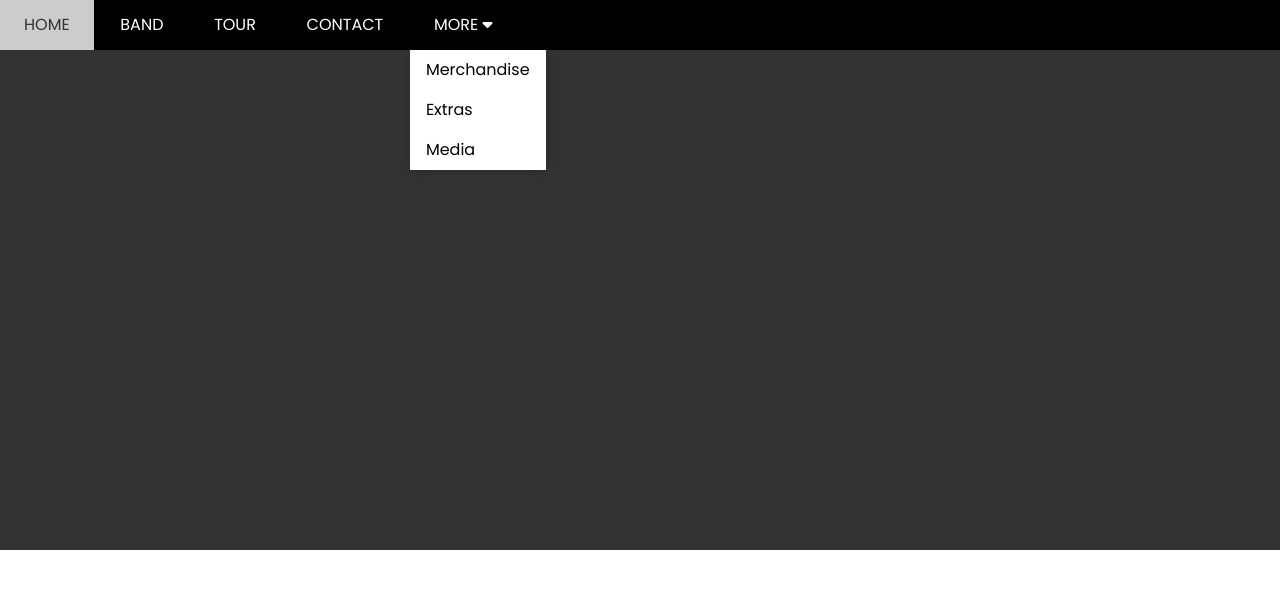
Repository: dptuyen1/the-band
Page: index.html
The author's editor kept a copy of each file at every save. The page is drawn from the files as they stood at one save, then again after a run of saves.
The browser window is 1280 px wide. The pictures show the whole page.

Above is the page before, as saved 2023-06-02 12:36:48.

### index.html
<!DOCTYPE html>
<html lang="en">
  <head>
    <meta charset="UTF-8" />
    <meta http-equiv="X-UA-Compatible" content="IE=edge" />
    <meta name="viewport" content="width=device-width, initial-scale=1.0" />
    <title>Document</title>
    <link rel="stylesheet" href="./assets/css/style.css" />
    <link
      rel="stylesheet"
      href="https://cdnjs.cloudflare.com/ajax/libs/font-awesome/6.4.0/css/all.min.css"
      integrity="sha512-iecdLmaskl7CVkqkXNQ/ZH/XLlvWZOJyj7Yy7tcenmpD1ypASozpmT/E0iPtmFIB46ZmdtAc9eNBvH0H/ZpiBw=="
      crossorigin="anonymous"
      referrerpolicy="no-referrer"
    />
  </head>
  <body>
    <div id="wrapper">
      <header id="header">
        <ul id="nav">
          <li><a href="#">HOME</a></li>
          <li><a href="#">BAND</a></li>
          <li><a href="#">TOUR</a></li>
          <li><a href="#">CONTACT</a></li>
          <li>
            <a href="#">
              MORE
              <i class="fa-solid fa-caret-down"></i>
            </a>
            <ul class="sub-nav">
              <li><a href="#">Merchandise</a></li>
              <li><a href="#">Extras</a></li>
              <li><a href="#">Media</a></li>
            </ul>
          </li>
        </ul>
      </header>
      <div id="slider"></div>
      <main id="content"></main>
      <footer id="footer"></footer>
    </div>
  </body>
  <script src="./assets/js/script.js"></script>
</html>

### assets/css/style.css
@import url("https://fonts.googleapis.com/css2?family=Poppins:wght@300;400;500;600;700&display=swap");

* {
  padding: 0;
  margin: 0;
  box-sizing: border-box;
}

html {
  font-size: 62.5%;
  font-family: "Poppins", sans-serif;
  scroll-behavior: smooth;
}

:root {
  --white: #fff;
  --black: #000;
  --text: #333;
}

#wrapper {
}
#header {
  height: 50px;
  background-color: var(--black);
}
#nav,
.sub-nav {
  list-style: none;
}
#nav li {
  display: inline-block;
  position: relative;
}

#nav li a {
  font-size: 1.6rem;
  text-decoration: none;
  line-height: 50px;
  padding: 0 24px;
  display: inline-block;
}

#nav > li > a {
  color: var(--white);
}

#nav li:hover > a {
  background-color: #ccc;
  color: var(--text);
}

#nav .sub-nav {
  /* display: none; */
  position: absolute;
  background-color: var(--white);
  box-shadow: 1px 1px 10px rgba(0, 0, 0, 0.2);
}

.sub-nav * {
  width: 100%;
}

#nav .sub-nav a {
  color: var(--black);
  padding: 0 16px;
  line-height: 40px;
}

#slider {
  min-height: 500px;
  background-color: var(--text);
}
#content {
}
#footer {
}

Loaded but not shown: assets/js/script.js (no copy from this time; the picture is the same without it)

After the next 2 saves:
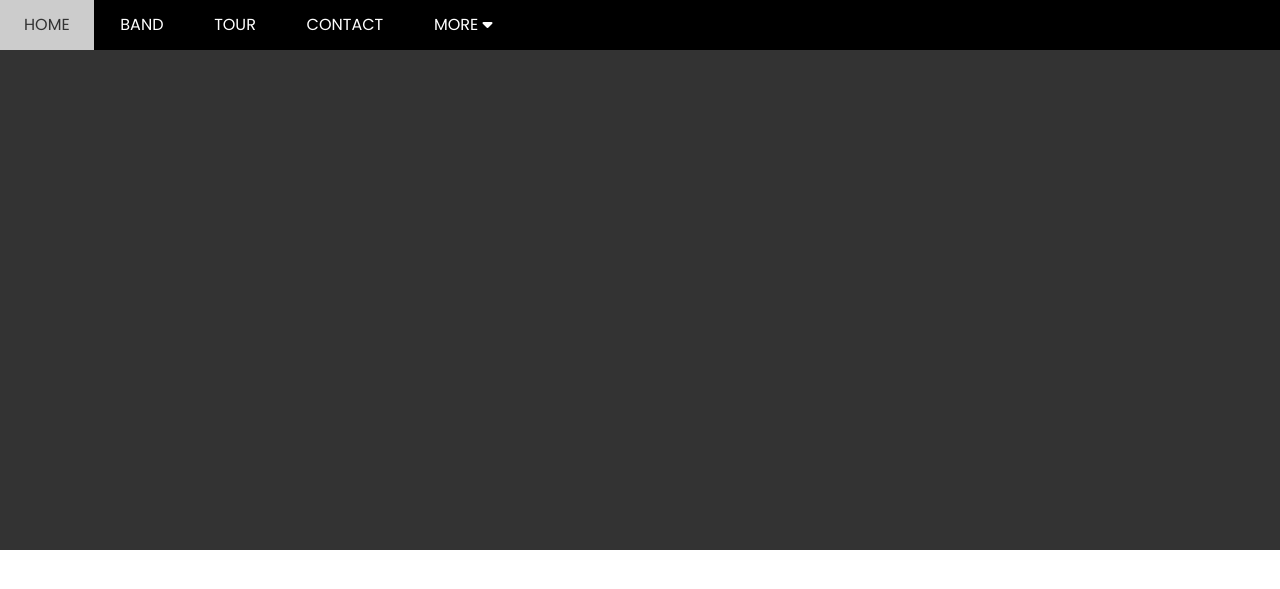
The 2 saves are shown as one change because they came seconds apart.
The last was saved 8 s later.
--- a/assets/css/style.css
+++ b/assets/css/style.css
@@ -51,10 +51,10 @@ html {
 }
 
 #nav .sub-nav {
-  /* display: none; */
+  display: none;
   position: absolute;
   background-color: var(--white);
-  box-shadow: 1px 1px 10px rgba(0, 0, 0, 0.2);
+  box-shadow: 0 0 10px rgba(0, 0, 0, 0.2);
 }
 
 .sub-nav * {
